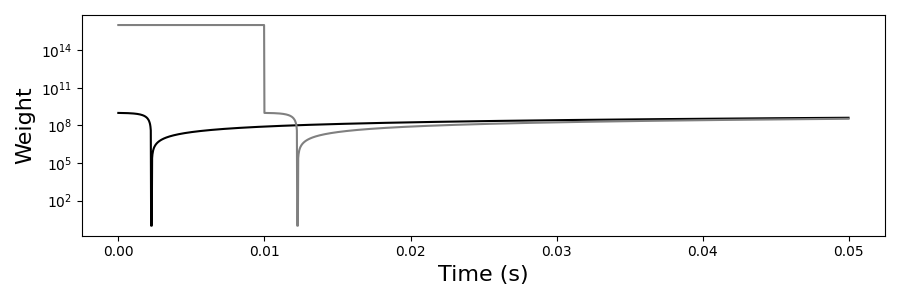
Repository: JamesBrooksPark/Sound-Field-Reproduction-Optimisation-Framework
Script's output: python FilterShapingVectorPlot.py
The author's editor kept a copy of each file at every save. The script's output is drawn from the files as they stood at one save, then again after the next save.
Random numbers start from a fixed seed.

Above is the script's output before, as saved 2026-08-27 09:48:30.

### FilterShapingVectorPlot.py
import numpy as np; import matplotlib.pyplot as plt

from src.filter_designer.filter_helper import FIRShaper

Fs = 44100
delay = int(Fs*0.01)
I = 2**14
L = I+delay

plot_time = 0.05
plot_time_samples = int(plot_time * Fs)

x_1 = FIRShaper(L,I,0, '')
x_2 = FIRShaper(L,I,delay, '')

x1_cut = x_1[:plot_time_samples]
x2_cut = x_2[:plot_time_samples]


fig, (axes1) = plt.subplots(1, 1,figsize=(9,3))

t = [x / Fs for x in range(len(x1_cut))]

axes1.plot(t, x1_cut, color = 'black')
axes1.plot(t, x2_cut, color = 'grey')

axes1.set_ylabel("Weight", fontsize = 16)
axes1.set_xlabel("Time (s)", fontsize = 16)

axes1.set_yscale('log')
plt.tight_layout()
# plt.show()


plt.savefig('/Users/jamesbrookspark/Documents/03_PhD/02_Journals/03_RoomAugmentation/01_RoomAugmentation_Latex/Figures/weighting_plot.pdf')
# plt.show()

### src/filter_designer/filter_helper.py
import numpy as np


# === Configuration file loader ===
# ---------------------------------
import importlib
class ConfigLoader:
    def __init__(self, config_file_name=None):
        config = self.load_config(config_file_name)  # config_file_name can be None
        self.set_config_variables(config)

    def set_config_variables(self, config):
        """Set configuration variables as instance attributes."""
        for key, value in config.items():
            setattr(self, key, value)

    def load_config(self, config_file_name=None):
        """Load base config and optionally update it with another config."""


        if config_file_name:
            config = self.import_config_module(config_file_name)
        else:
            config = self.import_config_module('global_config')

        return config

    def import_config_module(self, config_module_name):
        """Import a Python config module and return its non-special variables."""
        try:
            config_module = importlib.import_module(f'src.{config_module_name}')
            return {key: value for key, value in vars(config_module).items() if not key.startswith('__')}
        except ModuleNotFoundError:
            raise ValueError(f"Configuration file '{config_module_name}.py' not found.")

# === RIR matrix formating ===
# ----------------------------
def MatrixFormatting(h_d,h_p):
    # Finding start and end points of RIR's
    J_p,[p_s,p_e] = MatrixSlicer(h_p)
    J_d,[d_s,d_e]= MatrixSlicer(h_d)

    # Selecting largest RIR length
    e = np.max([p_e,d_e])

    # Selecting first start point across target and playback RIR's
    s = np.min([p_s,d_s])

    # Calculating rir size
    J = e-s

    N = h_p.ndim
    pad_shape = (J,) + h_p.shape[1:]
    h_p_pad = np.zeros(pad_shape, dtype=h_p.dtype)

    len_p = J_p + (p_s - s)

    slice_p = [slice(0, len_p)] + [slice(None)] * (N - 1)
    slice_p_src = [slice(s, p_e)] + [slice(None)] * (N - 1)

    h_p_pad[tuple(slice_p)] = h_p[tuple(slice_p_src)]

    N = h_d.ndim
    pad_shape = (J,) + h_d.shape[1:]
    h_d_pad = np.zeros(pad_shape, dtype=h_d.dtype)

    len_d = J_d + (d_s - s)

    slice_d = [slice(0, len_d)] + [slice(None)] * (N - 1)
    slice_d_src = [slice(s, d_e)] + [slice(None)] * (N - 1)

    h_d_pad[tuple(slice_d)] = h_d[tuple(slice_d_src)]

    h_d_pad = np.asarray(h_d_pad, dtype=np.float32)
    h_p_pad = np.asarray(h_p_pad, dtype=np.float32)

    return h_d_pad,h_p_pad,J

# === Matrix slicing ===
# ----------------------
def MatrixSlicer(h):
    h_shape = np.shape(h)
    if np.size(h_shape) < 2: # If matrix only has 1 dimension eg. single source, single receiver:
        start = PeakFind(h) - 15
        end = DecayFind(h)

        J = end-start
        return J,[start,end]
    elif np.size(h_shape) <3: # If matrix only has two dimensions eg. multiple sources but for a single receiver:
        deltas = np.zeros([h_shape[1], 2])
        for ii in range(h_shape[1]):
            deltas[ii, 0] = PeakFind(h[:, ii]) - 15
            deltas[ii, 1] = DecayFind(h[:, ii])

        start = int(np.min(deltas[:, 0]))
        end = int(np.min(deltas[:, 1]))
        J = end - start # Length of FIR representation of the RIRs
        return J,[start,end]
    else:
        deltas = np.zeros([h_shape[1], h_shape[2], 2])
        for ii in range(h_shape[1]):
            for jj in range(h_shape[2]):
                deltas[ii, jj, 0] = PeakFind(h[:, ii, jj]) - 15
                deltas[ii, jj, 1] = DecayFind(h[:, ii, jj])

        start = int(np.min(deltas[:, :, 0]))
        end = int(np.min(deltas[:, :, 1]))
        J = end - start # Length of FIR representation of the RIRs
        return J,[start,end]
def DecayFind(h):
        early_decay_curve = np.cumsum(h[::-1] ** 2)[::-1] # Calculate early decay curve of RIR
        early_decay_curve = early_decay_curve / np.max(early_decay_curve) # Normalise early decay curve to 1

        cut = np.where(early_decay_curve <= 0.000001)[0][0] # Find the point where the EDC is at 0.0001%
        return cut
def PeakFind(h):
        h_length = np.size(h)
        h_max = np.max(h)
        for ii in range(h_length):
            if h[ii] > h_max * 0.6:
                return ii

# === Precedence delay calculation ===
# -----------------------------
def DelayCalculation(Fs, delay_time, h_p, h_s):
        def peak(h):
            max = np.max(h)
            for ii in range(np.size(h)):
                if h[ii] > max * 0.6:
                    return ii

        if h_p.ndim > 1:
            M = np.shape(h_p)[1]
            h_p_peak_vec = np.zeros(M)
            h_s_peak_vec = np.zeros(M)
            for m in range(M):
                h_p_peak_vec[m] = peak(h_p[:,m])
                h_s_peak_vec[m] = peak(h_s[:,m])
            h_p_peak = np.sum(h_p_peak_vec)/M
            h_s_peak = np.sum(h_s_peak_vec)/M

            delay_samples = Fs * delay_time
            delay = int(delay_samples + (h_p_peak - h_s_peak))
            return delay
        else:
            h_p_peak = peak(h_p)
            h2_p_peak = peak(h_s)

            delay_samples = Fs * delay_time
            delay = int(delay_samples + (h_p_peak - h2_p_peak))
            return delay

def FIRShaper(L, Fl, delay, type, normalisation = True):
    if L == Fl:
        Fl = Fl-delay
    z = np.zeros([3]) # Amplitudes
    z[0] = 10**16  # No energy
    z[1] = 1  # Max filter energy
    z[2] = 10**9  # taper energy

    d = np.zeros([4]) # section sizes
    d[0] = int(delay)# Delay
    d[1] = int(100)  # Attack
    d[2] = int(Fl-d[1])  # Filter length (-1 for max filter sample)
    if L != Fl:
        d[3] = int(L - np.sum(d[:3]))
    else:
        d[3] = 0

    shaper_vec_check(L,Fl,d)

    y = np.ones([L])

    y[: int(np.sum(d[:1]))] *= z[0]
    y[int(np.sum(d[:1])) : int(np.sum(d[:2]))] = exponential_space(z[2], z[1], d[1])
    y[int(np.sum(d[:2]))] *= z[1]
    y[int(np.sum(d[:2]))+1 : int(np.sum(d[:3]))] = exponential_space(z[1], z[2], d[2]-1)
    if d[3]> 0:
        y[int(np.sum(d[:3])): ] = z[0]

    if normalisation:
        # Calculate energy in weighting with no delay
        d = np.zeros([4]) # section sizes
        d[0] = 0
        d[1] = int(100)  # Attack
        d[2] = int(Fl-d[1])  # Filter length (-1 for max filter sample)
        if L != Fl:
            d[3] = int(L - np.sum(d[:3]))
        else:
            d[3] = 0

        shaper_vec_check(L,Fl,d)

        y_n = np.ones([L])

        y_n[: int(np.sum(d[:1]))] *= z[0]
        y_n[int(np.sum(d[:1])) : int(np.sum(d[:2]))] = exponential_space(z[2], z[1], d[1])
        y_n[int(np.sum(d[:2]))] *= z[1]
        y_n[int(np.sum(d[:2]))+1 : int(np.sum(d[:3]))] = exponential_space(z[1], z[2], d[2]-1)
        if d[3]> 0:
            y_n[int(np.sum(d[:3])): ] = z[0]

        no_delay_energy = np.sum(y_n**2)

        # Normalise filter based on weighting with no delay
        y *= no_delay_energy/np.sum(y**2)

    return y

def shaper_vec_check(L,Fl,d):
    if L < Fl:
            raise ValueError("FIRShaper: Actual filter length is greater than desired filter length")
    if sum(d) != L:
        print("desired length:")
        print(L)
        print("section lengths")
        print(d)
        raise ValueError("FIRShaper: Filter vector sections do not add up")

def exponential_space(start,stop,L):
    L = int(L)
    if stop > start:
            x = np.linspace(5,1,L)
            y = np.exp(x)
            # y = x**2
            y *= 1/max(y)
            y = 1-y
            y = y * (stop - start) + start

    elif start > stop:
            x = np.linspace(1,5,L)
            y = np.exp(x)
            # y = x**2
            y *= 1/max(y)
            y = y * (stop - start) + start

    return y

# === RIR matrix ===
# ------------------------------------------------------------
def rir_matrix(M, L, h, I, J):

    H = np.zeros([M * (J + I - 1), I * L], dtype=np.float32)
    for l in range(L):
        idx_l = slice(l * I, (l + 1) * I)
        for m in range(M):
            idx_m = slice(m * (J + I - 1), (m + 1) * (J + I - 1))

            H[idx_m, idx_l] = Toeplitz(h[:, l, m], I)

    return H

# === Toeplitz matrix creation ===
# --------------------------------
def Toeplitz(h, I=[]):
    J = np.size(h)
    if not I:
        I = J
    #  Create zero matrix
    H = np.zeros([J + I - 1, I], dtype=np.float32)
    # H = np.zeros([J + I - 1, I])
    for i in range(I):
        idx = slice(i, np.min([(i + J - 1), J + I - 1]))
        idx2 = slice(i - i, np.min([(i + J - 1), J + I - 1]) - i)
        H[idx, i] = h[idx2]
    return H

# === Time frequency matrix ===
# ------------------------------------------------------------
def time_frequency_matrix(H,M,J,I,NFFT):
    H_reshaped = H.reshape(M, (J + I - 1), -1)  # (M, J+I-1, L*I)
    H_fft = np.fft.fft(H_reshaped, n=NFFT, axis=1).astype(np.complex64)
    H_ = H_fft.reshape(M * NFFT, -1)  # (M*NFFT, L*I)

    return H_

# === gamma function crossover ===
# ------------------------------------------------------------
def gamma_crossover_vector(NFFT, Fs, Hz, vals):

    sigma = 0.01
    gamma = np.ones((NFFT))
    Freqs = np.fft.fftfreq(NFFT, d=1/Fs)
    gamma[:NFFT//2] = vals[0] + ((vals[1]-vals[0])/(1+np.exp(-(sigma/2*np.pi)*(Freqs[:NFFT//2]-Hz))))
    gamma[NFFT//2:] = vals[1]

    return gamma

# === Target vector ===
# ------------------------------------------------------------
def target_vector(h_d, NFFT, M, modelling_delay):
    # Creating target vector
    if M == 1:
        p_target = np.concat([np.zeros([modelling_delay]), h_d])
        P_target = np.fft.fft(p_target, NFFT).astype(np.complex64)
    else:
        P_target = np.zeros([M * NFFT],dtype=np.complex64)
        for m in range(M):
            idx = slice(m * NFFT, (m + 1) * NFFT)
            p_target = np.concat([np.zeros([modelling_delay]), h_d[:, m]])
            P_target[idx] = np.fft.fft(p_target, NFFT)
    return P_target

After the next save:
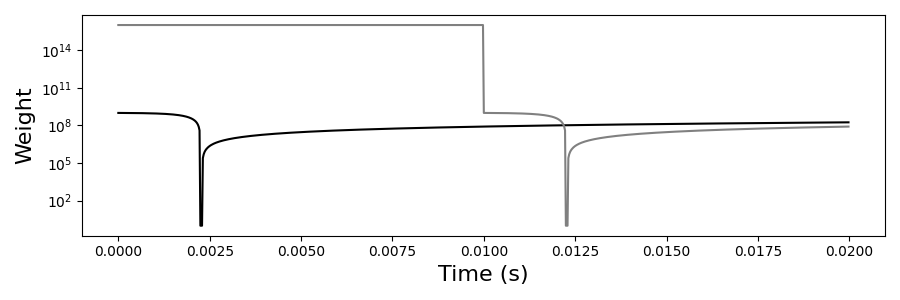
Saved 26 s later.
--- a/FilterShapingVectorPlot.py
+++ b/FilterShapingVectorPlot.py
@@ -7,7 +7,7 @@ delay = int(Fs*0.01)
 I = 2**14
 L = I+delay
 
-plot_time = 0.05
+plot_time = 0.02
 plot_time_samples = int(plot_time * Fs)
 
 x_1 = FIRShaper(L,I,0, '')
